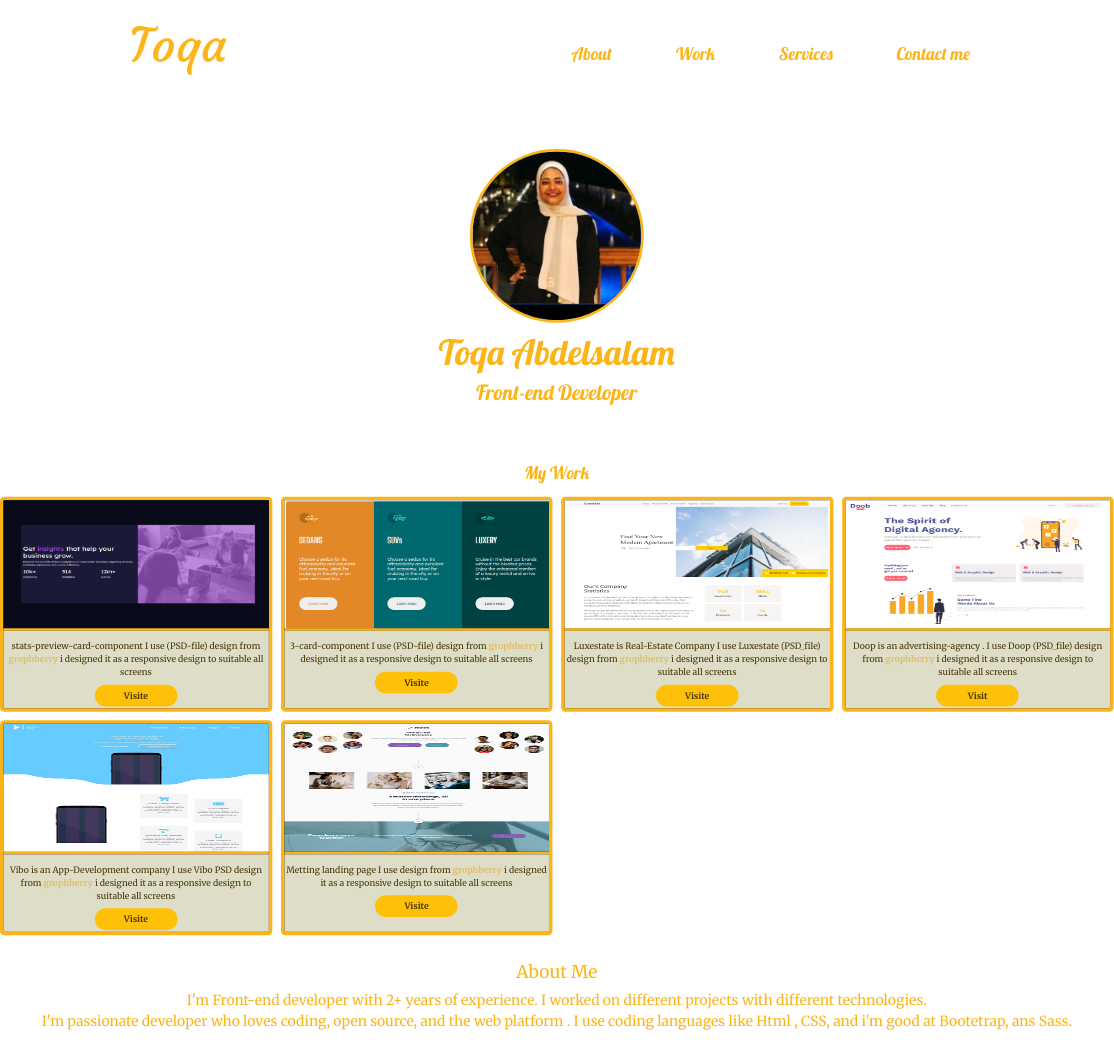
Repository: Toqa-25/portfolio
Page: index.html
These files come from the project's save history. The page is drawn as it stood at one moment and after the next save; the edit follows.
The browser window is 1280 px wide. The pictures show the whole page, at 87% of full size.
Some web fonts or font styles are not loaded; a fallback is used.

Above is the page before, as saved 2021-10-31 18:10:34.

After the next save:
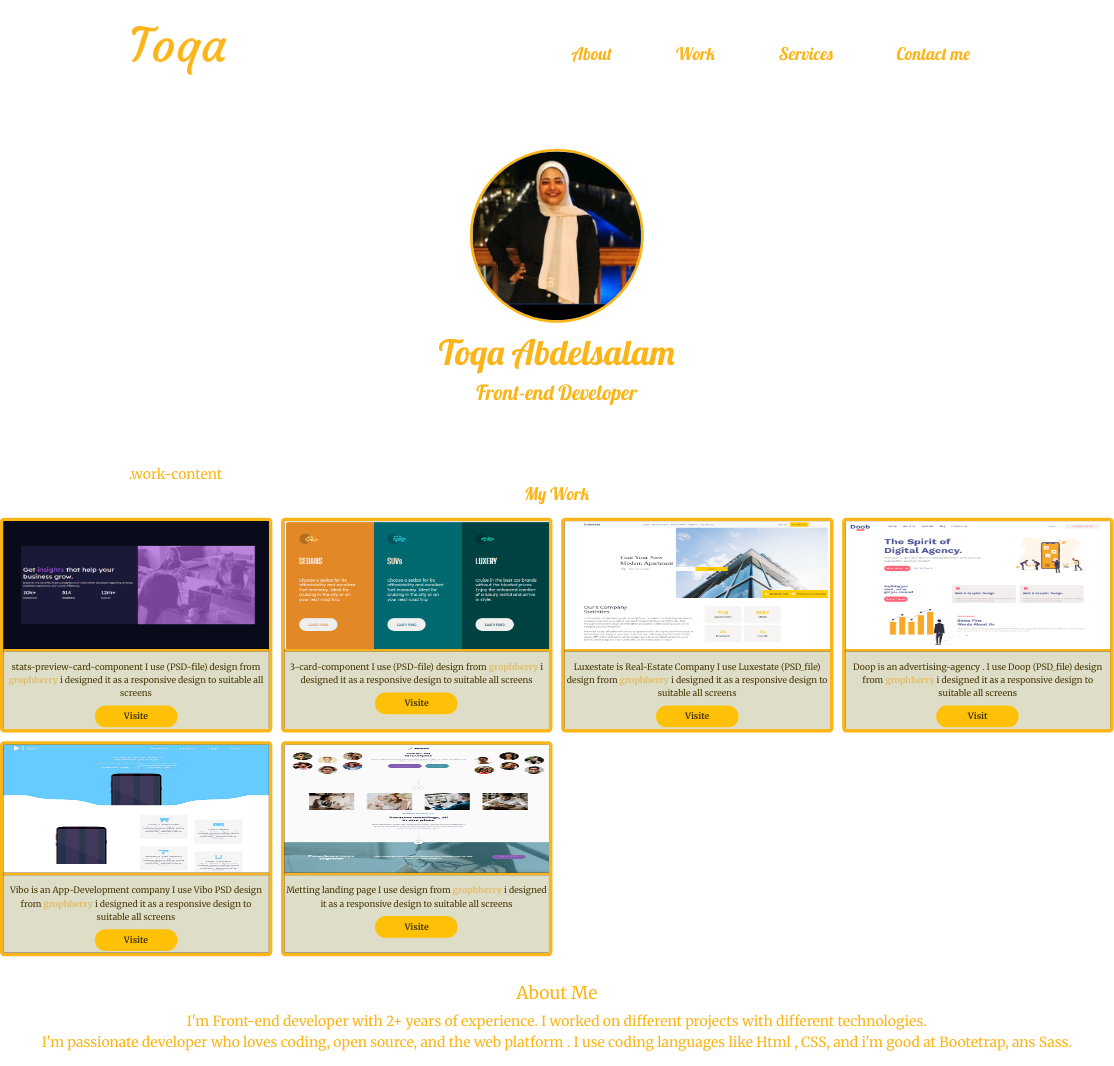
Saved 8 s later.
--- a/index.html
+++ b/index.html
@@ -68,7 +68,7 @@
       <!-- my-work  section -->
       <section class="pad work">
         <div class="container">
-
+          .work-content
         </div>
       <h5>My Work</h5>
       <div class="card-groups">

After the save that followed:
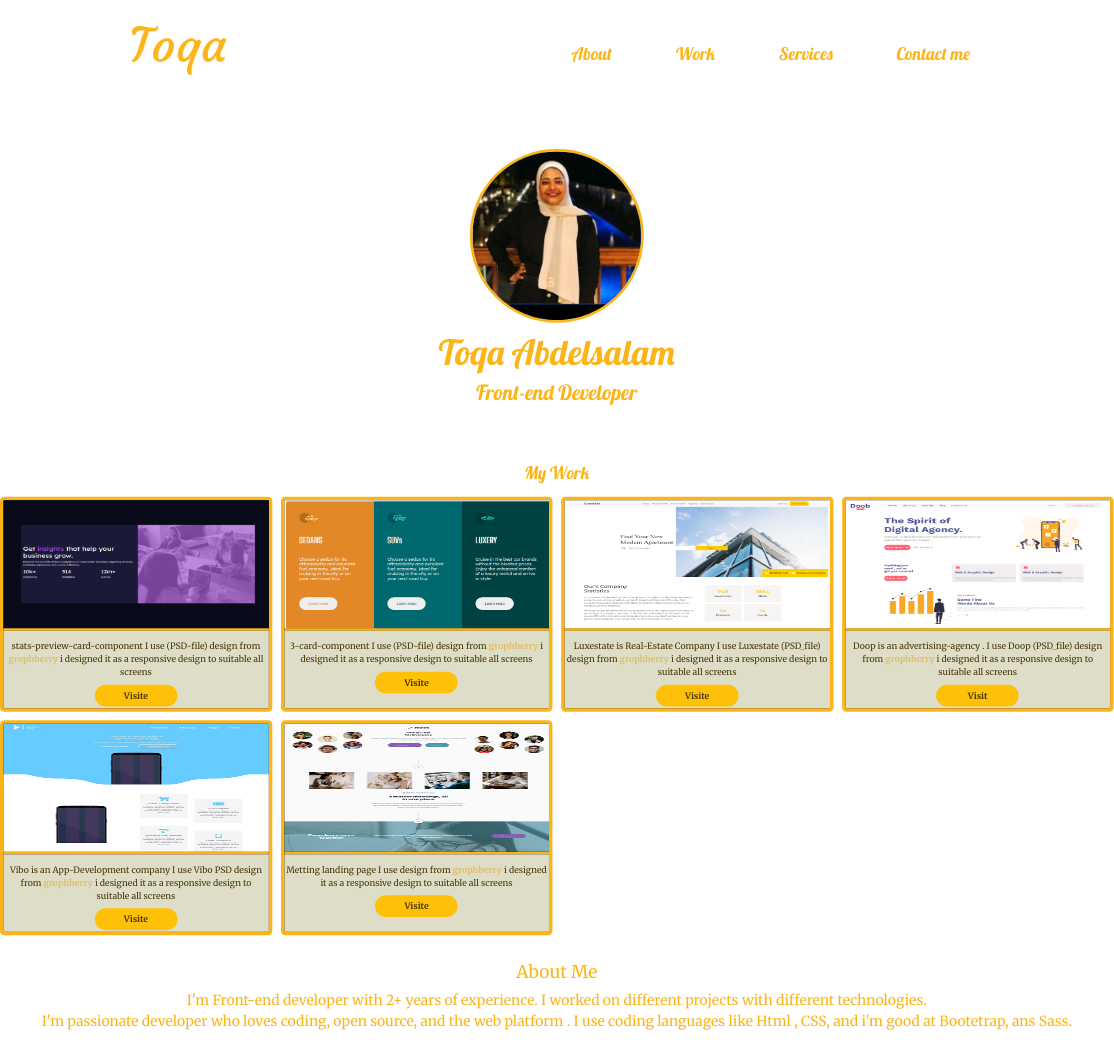
Saved 5 s later.
--- a/index.html
+++ b/index.html
@@ -68,7 +68,9 @@
       <!-- my-work  section -->
       <section class="pad work">
         <div class="container">
-          .work-content
+          <div class="work-content">
+
+          </div>
         </div>
       <h5>My Work</h5>
       <div class="card-groups">
